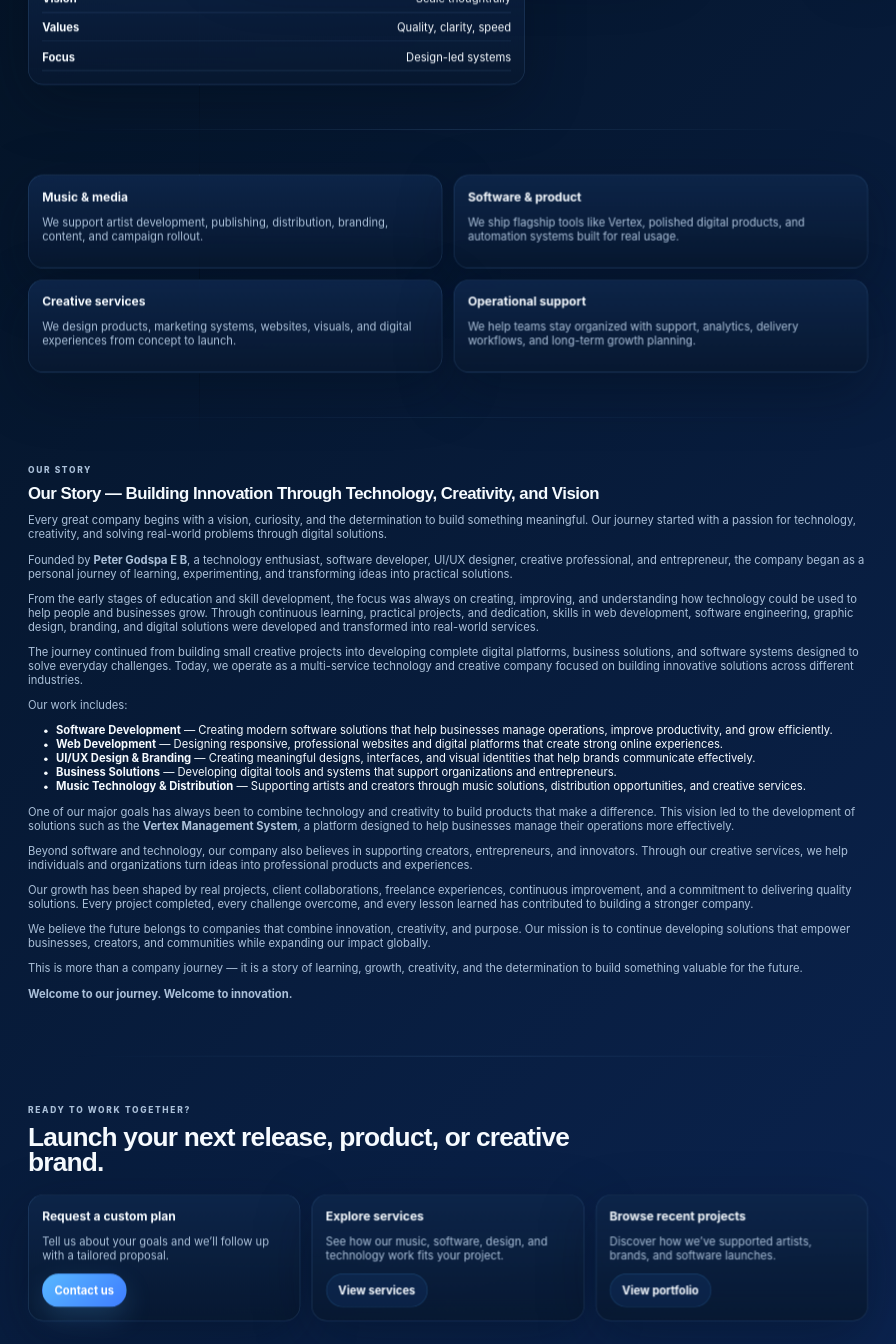
Repository: wifiasert/MSA-Group-of-Company
Page: about/index.html
These files come from the project's save history. The page is drawn as it stood at one moment and after the next save; the edit follows.
The browser window is 1280 px wide. The pictures show the part of the page from y = 765 to 2685 px (the page is 2897 px tall before and 2487 px after), at 70% of full size.

Above is the page before, as saved 2026-07-18 03:50:44.

After the next save:
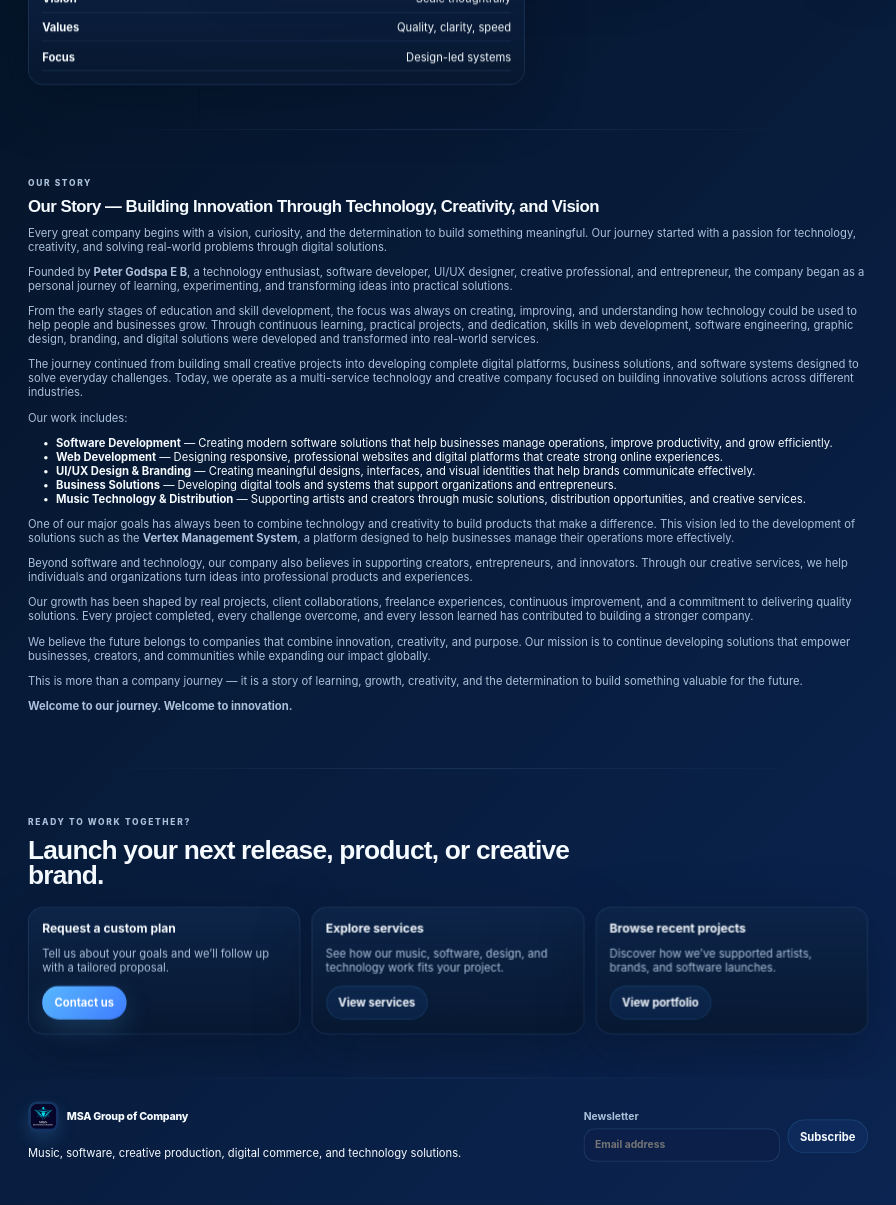
Saved 64 s later.
--- a/about/index.html
+++ b/about/index.html
@@ -327,13 +327,7 @@
         </div>
       </div>
     </section>
-    <section class="section reveal">
-      <div class="detail-grid">
-        <article class="detail-card"><h3>Music & media</h3><p>We support artist development, publishing, distribution, branding, content, and campaign rollout.</p></article>
-        <article class="detail-card"><h3>Software & product</h3><p>We ship flagship tools like Vertex, polished digital products, and automation systems built for real usage.</p></article>
-        <article class="detail-card"><h3>Creative services</h3><p>We design products, marketing systems, websites, visuals, and digital experiences from concept to launch.</p></article>
-        <article class="detail-card"><h3>Operational support</h3><p>We help teams stay organized with support, analytics, delivery workflows, and long-term growth planning.</p></article>
-      </div>
+
     </section>
     <section class="section reveal">
       <div class="story-panel">
